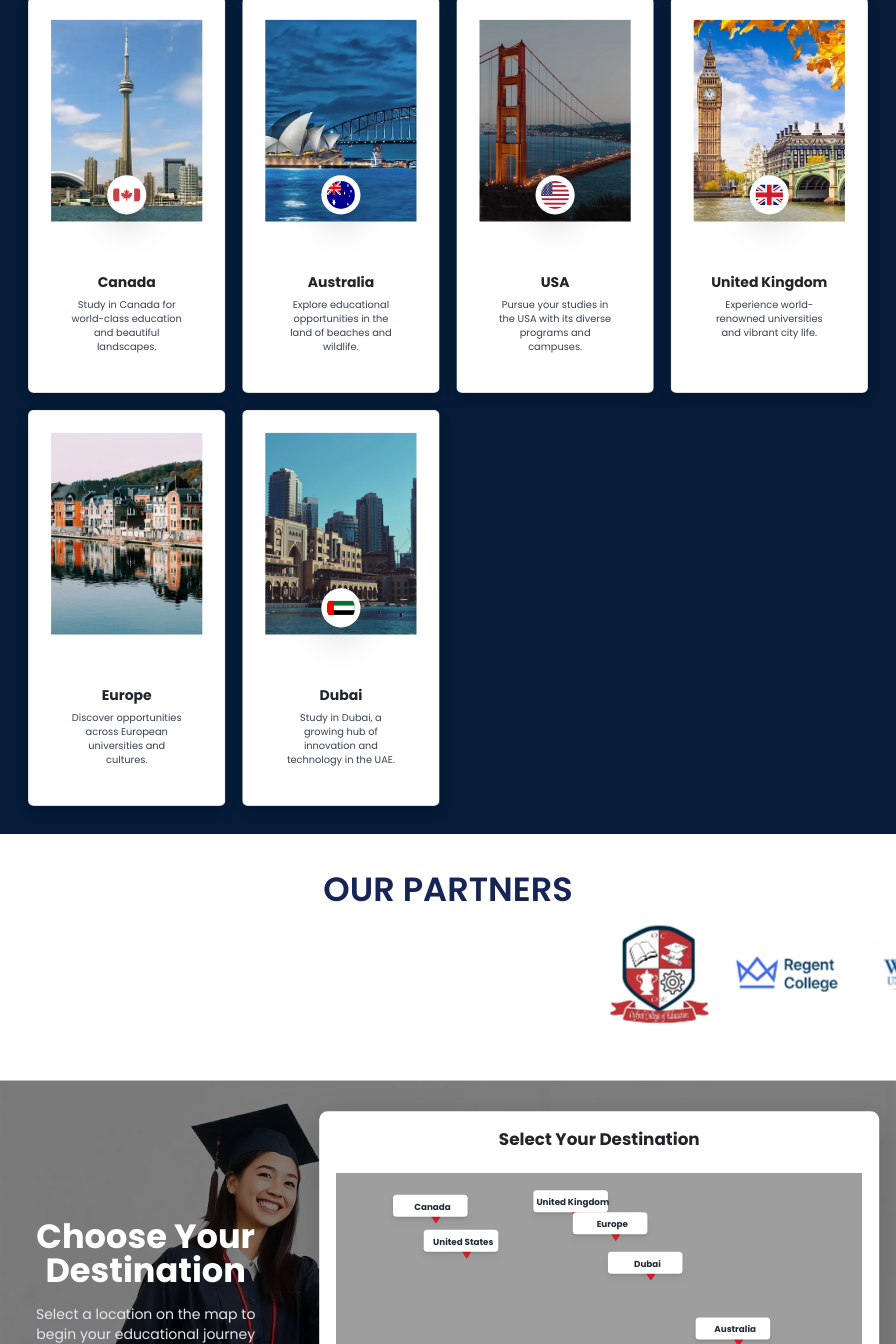
Repository: abhijeets54/d2globalbackup
Page: /
An editor plug-in stored every save of this project. The page is shown before and after a run of saves, followed by the edit.
The browser window is 1280 px wide. The pictures show the part of the page from y = 3219 to 5139 px (the page is 5702 px tall before and 5762 px after), at 70% of full size.
Pictures or frames that could not be fetched are drawn as grey boxes. Some web fonts or font styles are not loaded; a fallback is used. The project was rebuilt for these pictures with package versions that can differ from the ones it lists, and the page was loaded fresh each time. Also part of the build but not shown: vite.config.js, src/components/Logo.jsx, src/components/Button.jsx, src/components/PostCard.jsx, src/components/Input.jsx, src/components/WhatPeopleAreSaying.jsx, src/components/PassportServiceSlider.jsx, src/components/Register.jsx and 25 more.

Above is the page before, as saved 2024-10-22 14:09:10.

After the next 2 saves:
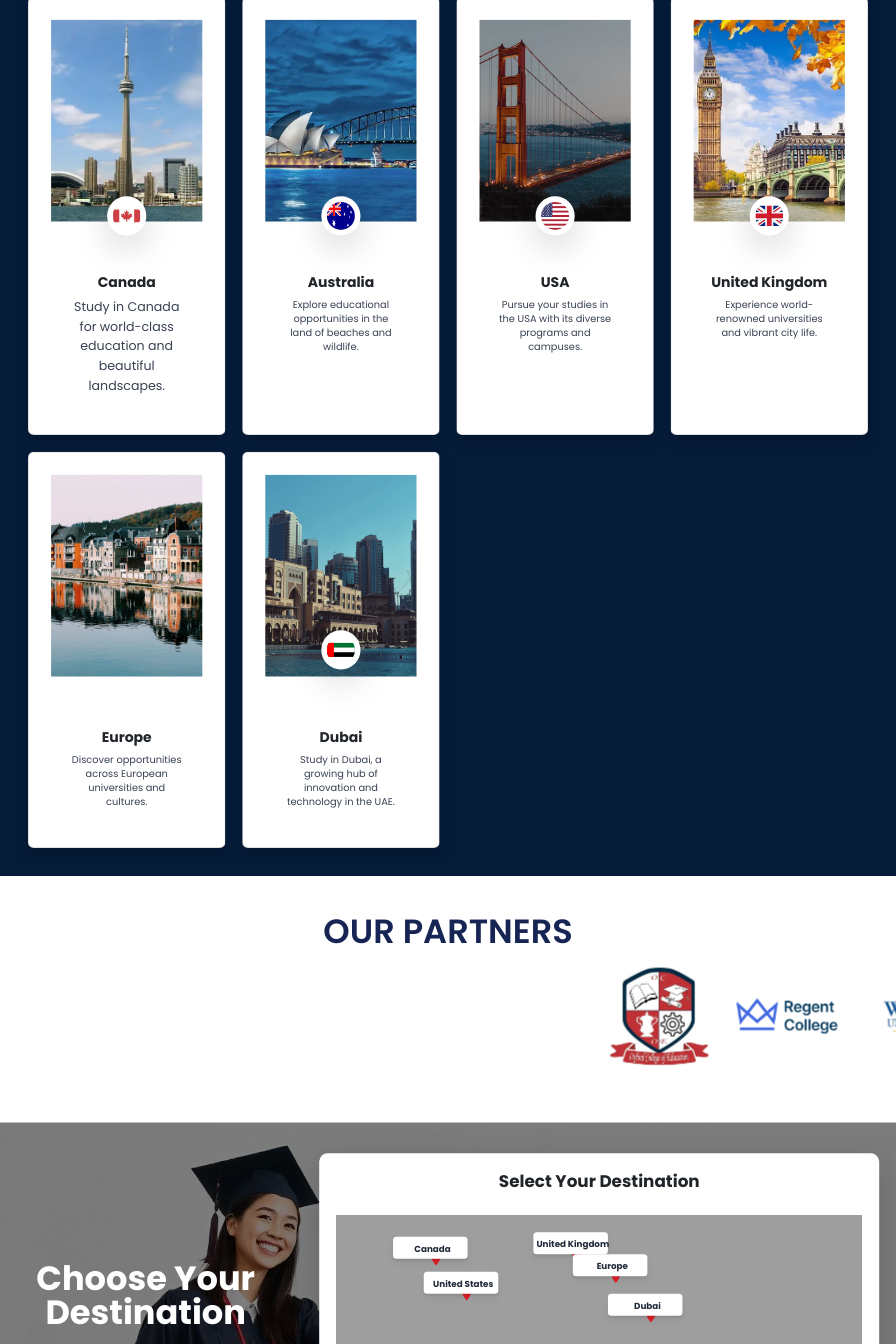
The 2 saves are shown as one change because they came seconds apart.
The last was saved 16 s later.
--- a/src/components/Countries.jsx
+++ b/src/components/Countries.jsx
@@ -35,7 +35,7 @@
                 <h5 className="text-xl font-bold font-poppins"> {/* Use Poppins font */}
                   Canada
                 </h5>
-                <p className="text-sm text-gray-700 mt-2">
+                <p className="text-lg text-gray-700 mt-2">
                   Study in Canada for world-class education and beautiful landscapes.
                 </p>
               </div>

After the save that followed:
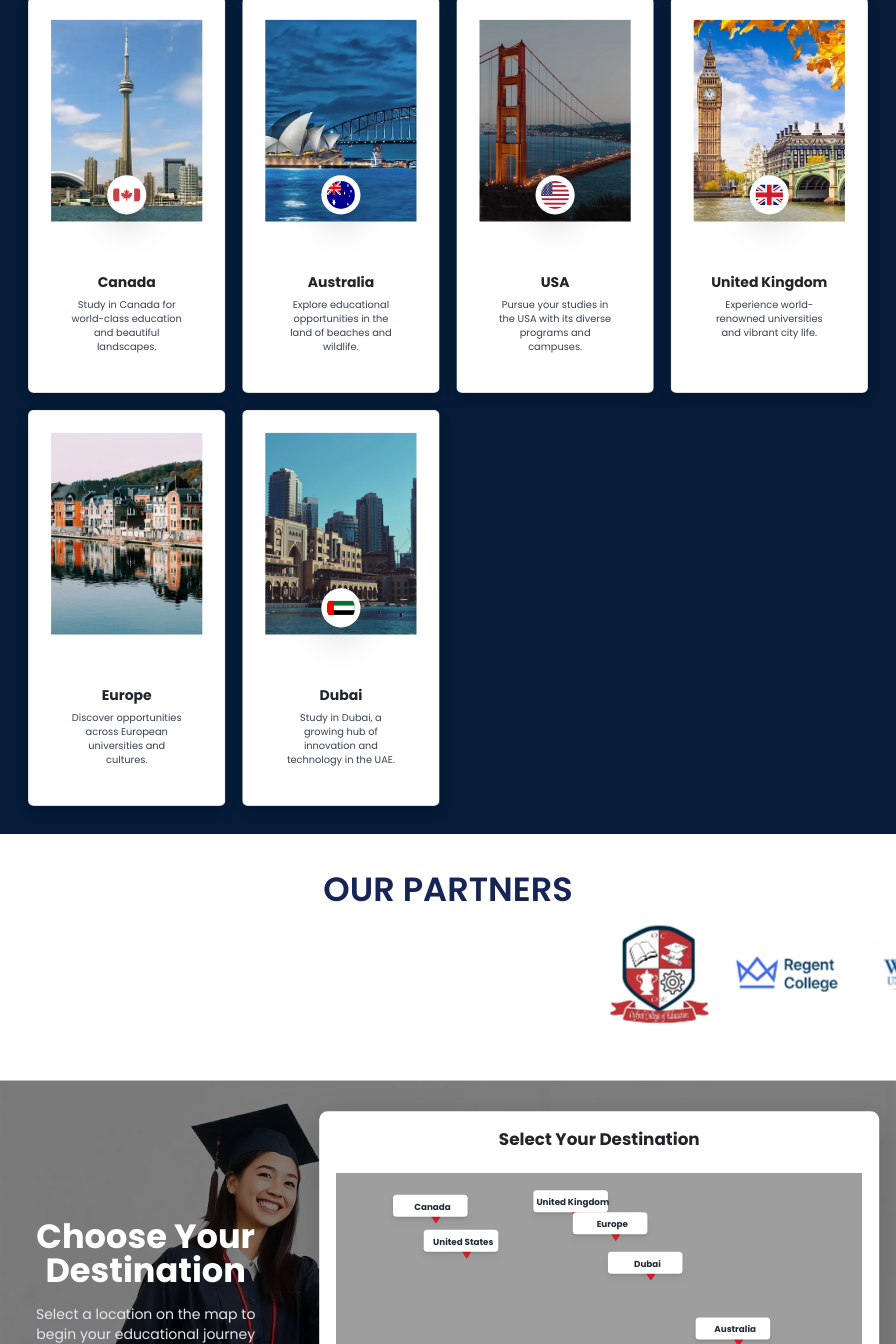
Saved 6 s later.
--- a/src/components/Countries.jsx
+++ b/src/components/Countries.jsx
@@ -35,7 +35,7 @@
                 <h5 className="text-xl font-bold font-poppins"> {/* Use Poppins font */}
                   Canada
                 </h5>
-                <p className="text-lg text-gray-700 mt-2">
+                <p className="text-sm text-gray-700 mt-2">
                   Study in Canada for world-class education and beautiful landscapes.
                 </p>
               </div>
